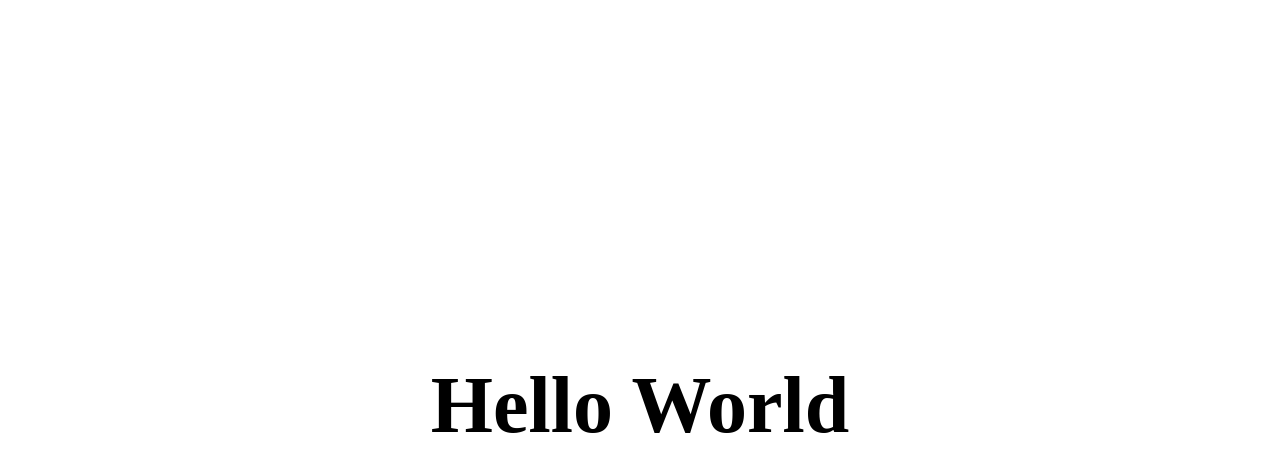
Repository: sarahlochhead/css-demo
Page: index.html
These files come from the project's save history. The page is drawn as it stood at one moment and after a run of saves; the edit follows.
The browser window is 1280 px wide. The pictures show the whole page.

Above is the page before, as saved 2023-04-28 12:00:31.

After the next 2 saves:
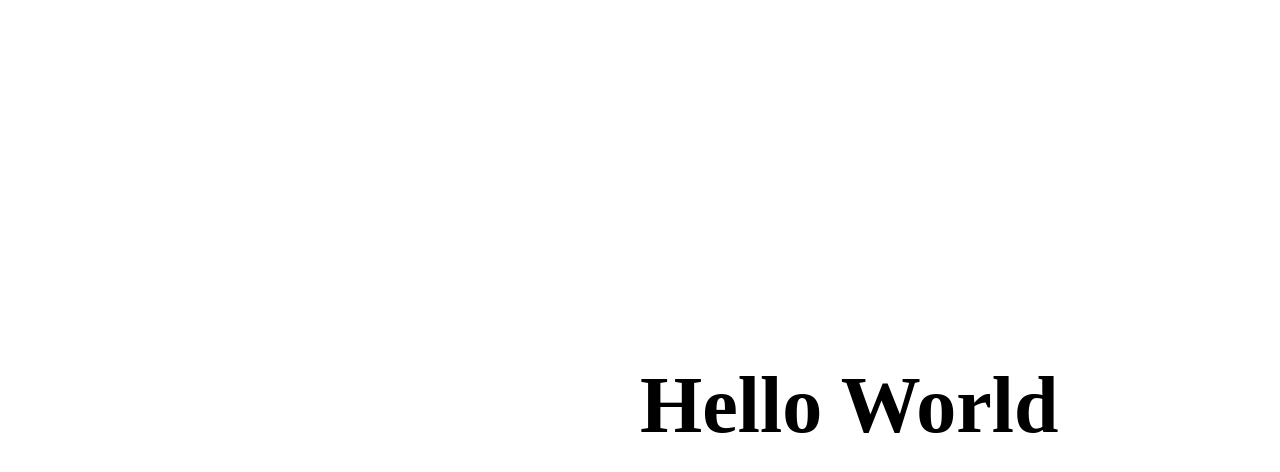
The 2 saves are shown as one change because they came seconds apart.
The last was saved 7 s later.
--- a/index.html
+++ b/index.html
@@ -8,8 +8,9 @@
     <link rel="stylesheet" href="styles.css">
 </head>
 <body>
-    <header></header>
-    <h1>Hello World</h1>
+    <header>
+        <h1>Hello World</h1>
+    </header>
 
 
 
